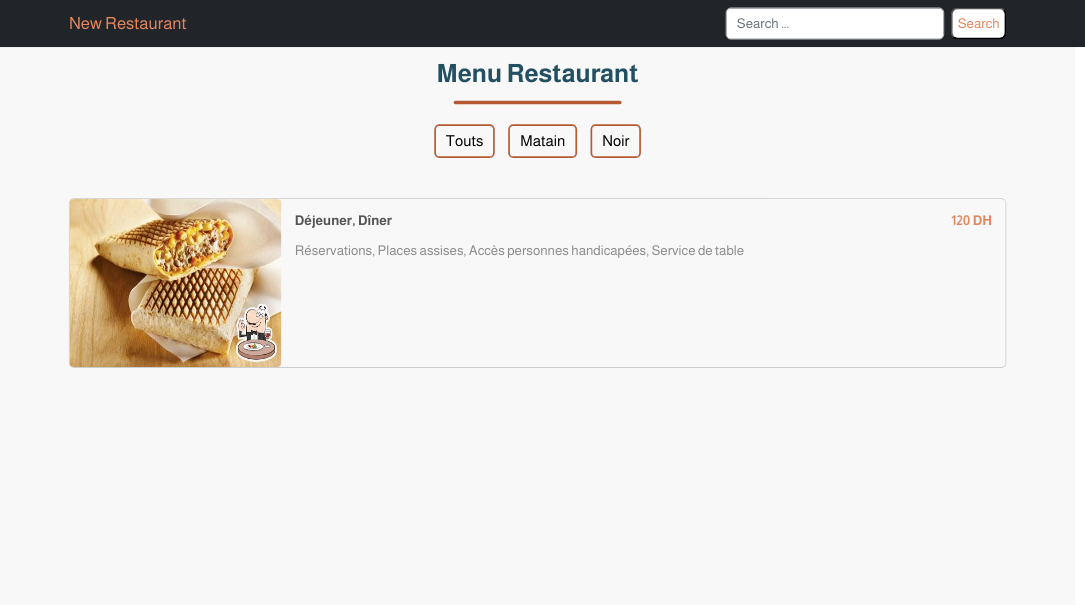
Repository: SD-Mdouka/react-table
Page: /
An editor plug-in stored every save of this project. The page is shown before and after the next save, followed by the edit.
The browser window is 1280 px wide. The page is 1292 px wide, so the pictures cover 1292 px, including what lies to the right of the window. The pictures show the whole page, at 84% of full size.
The project was rebuilt for these pictures with package versions that can differ from the ones it lists, and the page was loaded fresh each time.

Above is the page before, as saved 2022-10-11 13:10:57.

### public/index.html
<!DOCTYPE html>
<html lang="en">

<head>
    <meta charset="utf-8" />
    <link rel="icon" href="%PUBLIC_URL%/favicon.ico" />
    <meta name="viewport" content="width=device-width, initial-scale=1" />
    <meta name="theme-color" content="#000000" />
    <meta name="description" content="Web site created using create-react-app" />
    <link rel="apple-touch-icon" href="%PUBLIC_URL%/logo192.png" />
    <!--
      manifest.json provides metadata used when your web app is installed on a
      user's mobile device or desktop. See https://developers.google.com/web/fundamentals/web-app-manifest/
    -->
    <link rel="manifest" href="%PUBLIC_URL%/manifest.json" />
    <link rel="preconnect" href="https://fonts.googleapis.com" />
    <link rel="preconnect" href="https://fonts.gstatic.com" crossorigin />
    <link href="https://fonts.googleapis.com/css2?family=Almarai:wght@300;400;700;800&family=Cairo:wght@300&display=swap" rel="stylesheet" />

    <link rel="stylesheet" href="https://cdn.jsdelivr.net/npm/bootstrap@5.2.0-beta1/dist/css/bootstrap.min.css" integrity="sha384-0evHe/X+R7YkIZDRvuzKMRqM+OrBnVFBL6DOitfPri4tjfHxaWutUpFmBp4vmVor" crossorigin="anonymous" />
    <title>React App</title>
</head>

<body>
    <noscript>You need to enable JavaScript to run this app.</noscript>
    <div id="root"></div>
    <!--
      This HTML file is a template.
      If you open it directly in the browser, you will see an empty page.

      You can add webfonts, meta tags, or analytics to this file.
      The build step will place the bundled scripts into the <body> tag.

      To begin the development, run `npm start` or `yarn start`.
      To create a production bundle, use `npm run build` or `yarn build`.
    -->
</body>

</html>

### src/App.tsx
import React, { useState } from "react";
import { Container } from "react-bootstrap";
import "./App.css";
import NavBar from "./components/Navbar";
import Header from "./components/Header";
import Category from "./components/Category";
import ItemsList from "./components/ItemsList";
import { ListProduct } from "./components/data";

interface Prop {
  id: number;
  title: string;
  description: string;
  price: string;
  category: string;
  imgUrl: string;
}
const App = () => {
  const [ItemData, setItemData] = useState([
    {
      id: Math.random(),
      title: "DeJoneer, Diner",
      description:
        "Satisfaction, Place Assisis, X-Personis Handicapes,Service de Table",
      price: "120 DH",
      category: "Meal Breakfast",
      imgUrl: "ra68-TACOS-DE-LILLE-food.jpg",
    },
    {
      id: Math.random(),
      title: "DeJoneer, Diner",
      description:
        "Satisfaction, Place Assisis, X-Personis Handicapes,Service de Table",
      price: "120 DH",
      category: "Meal Lunch",
      imgUrl: "ra68-TACOS-DE-LILLE-food.jpg",
    },
    {
      id: Math.random(),
      title: "DeJoneer, Diner",
      description:
        "Satisfaction, Place Assisis, X-Personis Handicapes,Service de Table",
      price: "120 DH",
      category: "Meal Dinner",
      imgUrl: "ra68-TACOS-DE-LILLE-food.jpg",
    },
    {
      id: Math.random(),
      title: "DeJoneer, Diner",
      description:
        "Satisfaction, Place Assisis, X-Personis Handicapes,Service de Table",
      price: "120 DH",
      category: "Meal Breakfast",
      imgUrl: "ra68-TACOS-DE-LILLE-food.jpg",
    },
    {
      id: Math.random(),
      title: "DeJoneer, Diner",
      description:
        "Satisfaction, Place Assisis, X-Personis Handicapes,Service de Table",
      price: "120 DH",
      category: "Meal Dinner",
      imgUrl: "ra68-TACOS-DE-LILLE-food.jpg",
    },
  ]);
  return (
    <div className="color-body font">
      <NavBar />
      <Container>
        <Header />
        <Category />
        <ItemsList ItemProduct={ItemData} />
      </Container>
    </div>
  );
};

export default App;

### src/App.css
.color-body {
    background-color: #f8f8f8;
    height: 100vh;
}

.font {
    font-family: "Almarai", sans-serif;
}

.title {
    color: #224f61;
    font-family: Almarai;
    font-size: 30px;
    font-weight: bold;
    letter-spacing: 0;
    line-height: 64px;
}

.underline {
    height: 1px;
    width: 200px;
    border-radius: 10px;
    border: 2px solid #b45b35;
    background-color: #e4865d;
}

.btn {
    color: black !important;
    font-family: Almarai !important;
    font-size: 18px !important;
    letter-spacing: 0 !important;
    line-height: 24px !important;
    border: 2px solid #b45b35 !important;
}

.btn:hover {
    color: #fff !important;
    font-family: Almarai !important;
    font-size: 18px !important;
    font-weight: bold !important;
    letter-spacing: 0 !important;
    line-height: 24px !important;
    border-radius: 11px !important;
    border: none !important;
    background: #e4865d !important;
    -webkit-border-radius: 11px !important;
    -moz-border-radius: 11px !important;
    -ms-border-radius: 11px !important;
    -o-border-radius: 11px !important;
    transition: all 1s;
    -webkit-transition: all 1s;
    -moz-transition: all 1s;
    -ms-transition: all 1s;
    -o-transition: all 1s;
}

.img-item {
    height: 200px !important;
    width: 252px !important;
    border-radius: 5px;
}

.item-description {
    color: #8c8c8c;
    font-family: Almarai;
    font-size: 16px;
    letter-spacing: 0;
    line-height: 20px;
}

.item-title {
    color: #555555;
    font-family: Almarai;
    font-size: 16px;
    font-weight: bold;
    letter-spacing: 0;
    line-height: 20px;
}

.card-color {
    background-color: #f8f8f8;
}

.item-price {
    color: #e4865d;
    font-family: Almarai;
    font-size: 16px;
    font-weight: bold;
    letter-spacing: 0;
    line-height: 20px;
}

.btn-search {
    color: #e4865d;
    border-radius: 3px solid #e4865d;
    border-radius: 8px;
    background-color: white;
    -webkit-border-radius: 3px solid #e4865d;
    -moz-border-radius: 3px solid #e4865d;
    -ms-border-radius: 3px solid #e4865d;
    -o-border-radius: 3px solid #e4865d;
}

.btn-search:hover {
    color: white;
    border-radius: 3px solid white;
    background-color: #e4865d;
    border-radius: 8px;
    -webkit-border-radius: 3px solid white;
    -moz-border-radius: 3px solid white;
    -ms-border-radius: 3px solid white;
    -o-border-radius: 3px solid white;
}

.brand-color {
    color: #e4865d;
}

### src/components/Navbar.tsx
import { Container, Navbar, Row, Nav, Form } from "react-bootstrap";

const NavBar = () => {
  return (
    <Row>
      <Navbar bg="dark" variant="dark">
        <Container>
          <Navbar.Brand href="#">
            <div className="brand-color">New Restaurant</div>
          </Navbar.Brand>
          <Navbar.Toggle aria-controls="navbarScroll" />
          <Navbar.Collapse id="navbarScroll">
            <Nav
              className="me-auto my-2 my-lg-0"
              style={{ maxHeight: "100px" }}
              navbarScroll
            ></Nav>
            <Form className="d-flex">
              <Form.Control
                type="text"
                placeholder="Search ..."
                className="mx-2"
              />
              <button className="btn-search">Search</button>
            </Form>
          </Navbar.Collapse>
        </Container>
      </Navbar>
    </Row>
  );
};

export default NavBar;

### src/components/Header.tsx
import { Row, Col } from "react-bootstrap";

const Header = () => {
  return (
    <Row>
      <Col sm="12" className="justify-content-center text-center">
        <div className="title">Menu Restaurant</div>
        <div className="justify-content-center d-flex">
          <p className="underline"></p>
        </div>
      </Col>
    </Row>
  );
};

export default Header;

### src/components/Category.tsx
import { Row, Col } from "react-bootstrap";

const Category = () => {
  return (
    <Row className="my-2 mb-5">
      <Col sm="12" className="d-flex justify-content-center">
        <div>
          <button className="btn mx-2">Touts</button>
          <button className="btn mx-2">Matain</button>
          <button className="btn mx-2">Noir</button>
        </div>
      </Col>
    </Row>
  );
};

export default Category;

### src/components/ItemsList.tsx
import { Row, Col, Card } from "react-bootstrap";
interface Product {
  ItemProduct: [];
}
const ItemsList: React.FC<Product> = ({ ItemProduct }) => {
  return (
    <Row className="">
      <Col sm="12" className="mb-3">
        <Card
          className="d-flex flex-row"
          style={{ backgroundColor: "#f8f8f8" }}
        >
          <Card.Img
            className="img-item"
            variant="top"
            src="ra68-TACOS-DE-LILLE-food.jpg"
          />
          <Card.Body>
            <Card.Title className="d-flex justify-content-between">
              <div className="item-title">Déjeuner, Dîner</div>
              <div className="item-price">120 DH</div>
            </Card.Title>
            <Card.Text className="py-2">
              <div className="item-description">
                Réservations, Places assises, Accès personnes handicapées,
                Service de table
              </div>
            </Card.Text>
          </Card.Body>
        </Card>
      </Col>
    </Row>
  );
};

export default ItemsList;

Loaded but not shown: src/index.tsx (common file); src/index.css (common file); src/reportWebVitals.ts (common file)

After the next save:
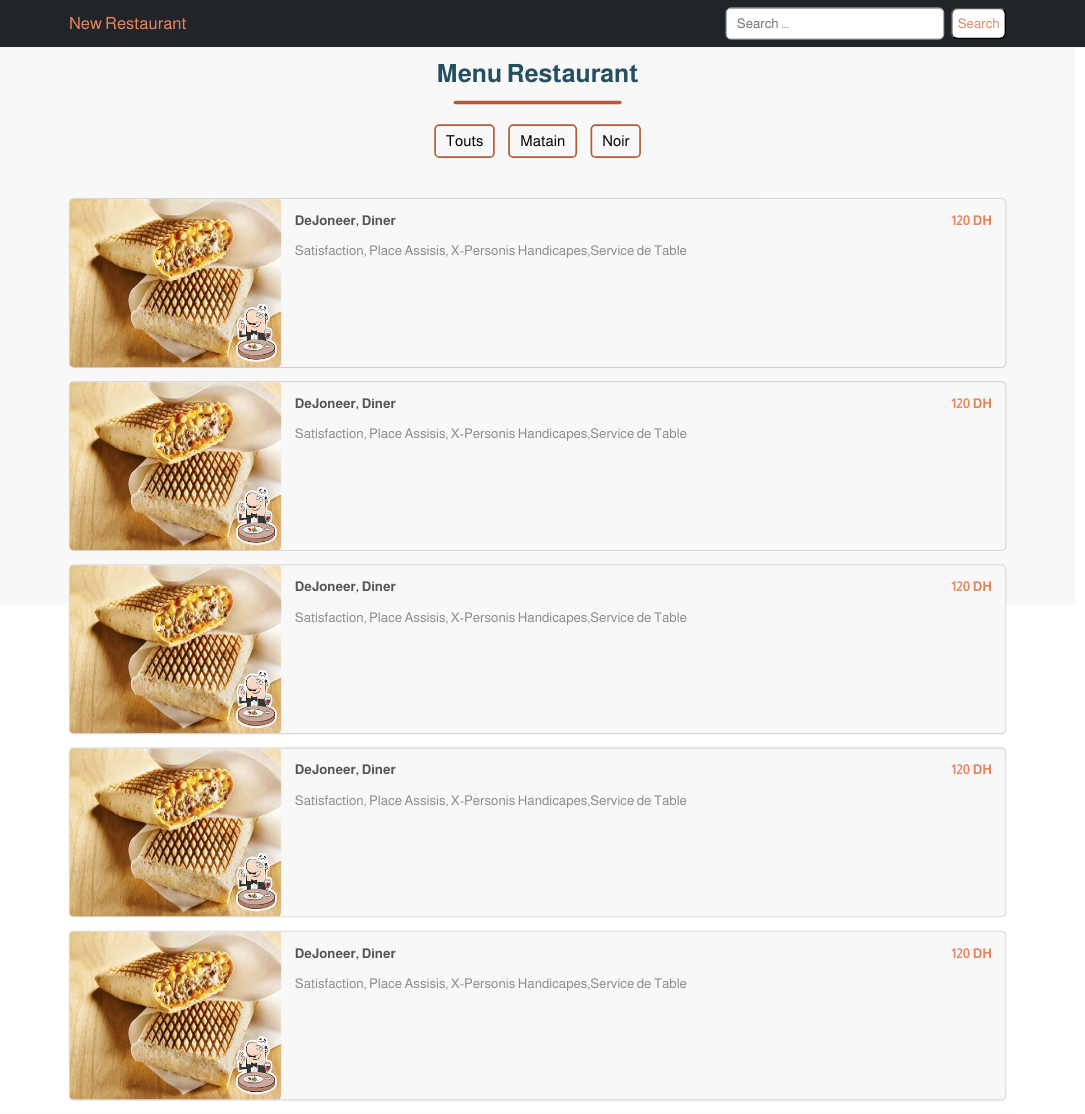
Saved 4 min 23 s later.
--- a/src/components/ItemsList.tsx
+++ b/src/components/ItemsList.tsx
@@ -5,30 +5,27 @@ interface Product {
 const ItemsList: React.FC<Product> = ({ ItemProduct }) => {
   return (
     <Row className="">
-      <Col sm="12" className="mb-3">
-        <Card
-          className="d-flex flex-row"
-          style={{ backgroundColor: "#f8f8f8" }}
-        >
-          <Card.Img
-            className="img-item"
-            variant="top"
-            src="ra68-TACOS-DE-LILLE-food.jpg"
-          />
-          <Card.Body>
-            <Card.Title className="d-flex justify-content-between">
-              <div className="item-title">Déjeuner, Dîner</div>
-              <div className="item-price">120 DH</div>
-            </Card.Title>
-            <Card.Text className="py-2">
-              <div className="item-description">
-                Réservations, Places assises, Accès personnes handicapées,
-                Service de table
-              </div>
-            </Card.Text>
-          </Card.Body>
-        </Card>
-      </Col>
+      {ItemProduct.map((item) => {
+        return (
+          <Col sm="12" className="mb-3">
+            <Card
+              className="d-flex flex-row"
+              style={{ backgroundColor: "#f8f8f8" }}
+            >
+              <Card.Img className="img-item" variant="top" src={item.imgUrl} />
+              <Card.Body>
+                <Card.Title className="d-flex justify-content-between">
+                  <div className="item-title">{item.title}</div>
+                  <div className="item-price">{item.price}</div>
+                </Card.Title>
+                <Card.Text className="py-2">
+                  <div className="item-description">{item.description}</div>
+                </Card.Text>
+              </Card.Body>
+            </Card>
+          </Col>
+        );
+      })}
     </Row>
   );
 };
